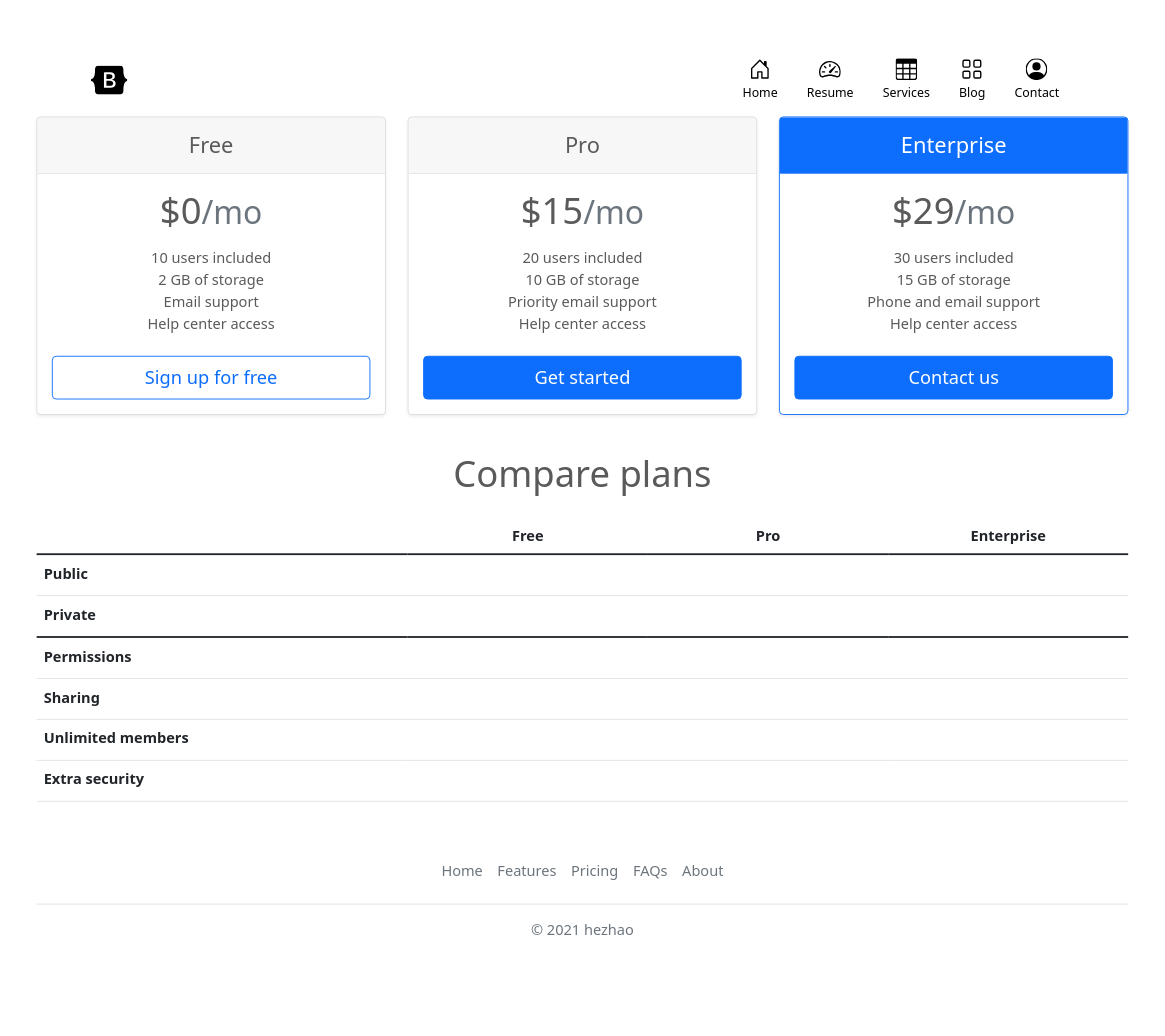
Repository: HeZhao-hugh/personal-web
Page: index.html
An editor plug-in stored every save of this project. The page is shown before and after the next save, followed by the edit.
The browser window is 1280 px wide. The pictures show the whole page, at 91% of full size.

Above is the page before, as saved 2022-01-19 18:26:05.

After the next save:
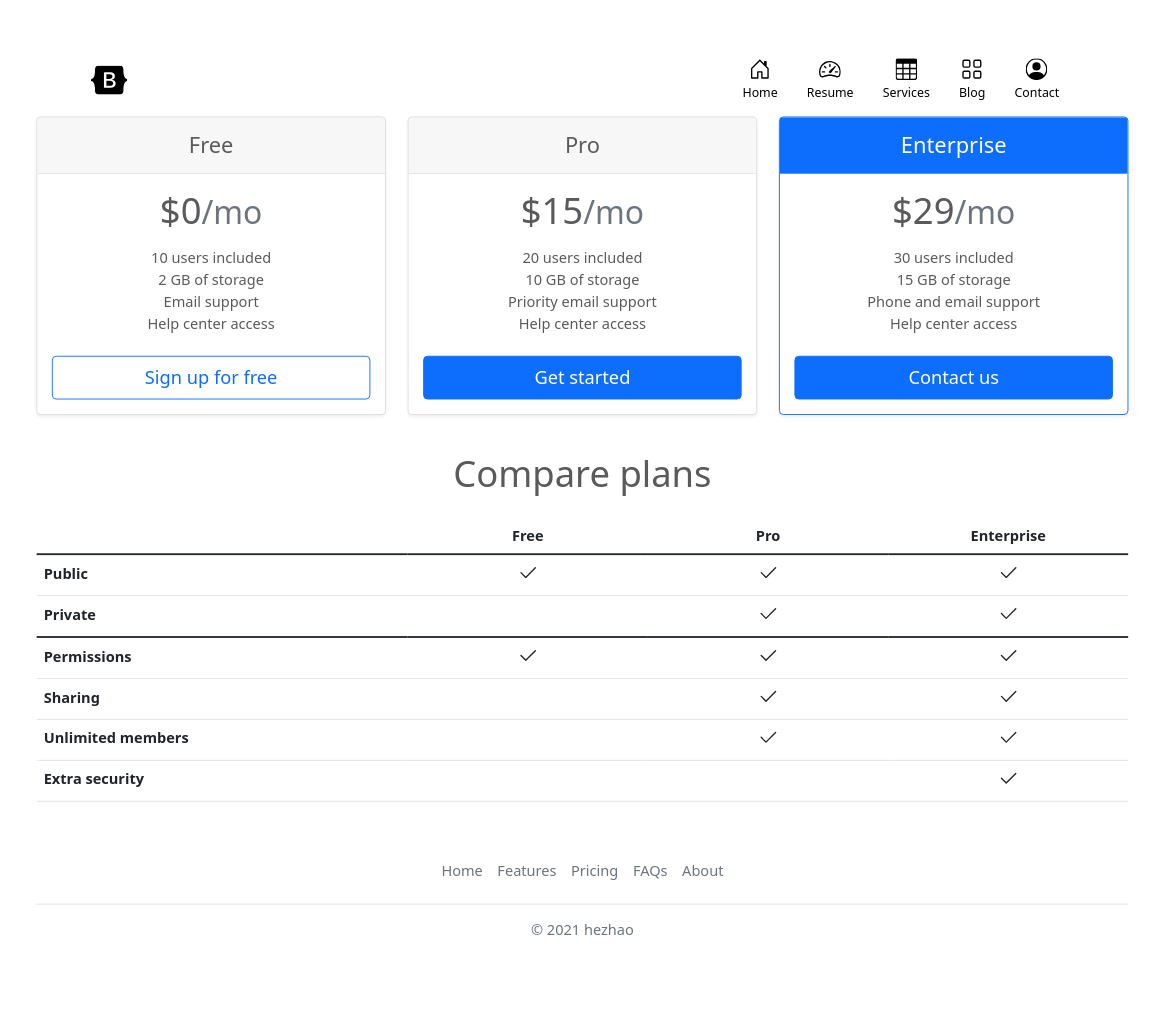
Saved 66 s later.
--- a/index.html
+++ b/index.html
@@ -46,6 +46,11 @@
         <symbol id="Blog" viewBox="0 0 16 16">
             <path
                 d="M1 2.5A1.5 1.5 0 0 1 2.5 1h3A1.5 1.5 0 0 1 7 2.5v3A1.5 1.5 0 0 1 5.5 7h-3A1.5 1.5 0 0 1 1 5.5v-3zM2.5 2a.5.5 0 0 0-.5.5v3a.5.5 0 0 0 .5.5h3a.5.5 0 0 0 .5-.5v-3a.5.5 0 0 0-.5-.5h-3zm6.5.5A1.5 1.5 0 0 1 10.5 1h3A1.5 1.5 0 0 1 15 2.5v3A1.5 1.5 0 0 1 13.5 7h-3A1.5 1.5 0 0 1 9 5.5v-3zm1.5-.5a.5.5 0 0 0-.5.5v3a.5.5 0 0 0 .5.5h3a.5.5 0 0 0 .5-.5v-3a.5.5 0 0 0-.5-.5h-3zM1 10.5A1.5 1.5 0 0 1 2.5 9h3A1.5 1.5 0 0 1 7 10.5v3A1.5 1.5 0 0 1 5.5 15h-3A1.5 1.5 0 0 1 1 13.5v-3zm1.5-.5a.5.5 0 0 0-.5.5v3a.5.5 0 0 0 .5.5h3a.5.5 0 0 0 .5-.5v-3a.5.5 0 0 0-.5-.5h-3zm6.5.5A1.5 1.5 0 0 1 10.5 9h3a1.5 1.5 0 0 1 1.5 1.5v3a1.5 1.5 0 0 1-1.5 1.5h-3A1.5 1.5 0 0 1 9 13.5v-3zm1.5-.5a.5.5 0 0 0-.5.5v3a.5.5 0 0 0 .5.5h3a.5.5 0 0 0 .5-.5v-3a.5.5 0 0 0-.5-.5h-3z" />
+        </symbol>
+        <symbol id="check" viewBox="0 0 16 16">
+            <title>Check</title>
+            <path
+                d="M13.854 3.646a.5.5 0 0 1 0 .708l-7 7a.5.5 0 0 1-.708 0l-3.5-3.5a.5.5 0 1 1 .708-.708L6.5 10.293l6.646-6.647a.5.5 0 0 1 .708 0z" />
         </symbol>
     </svg>
 
